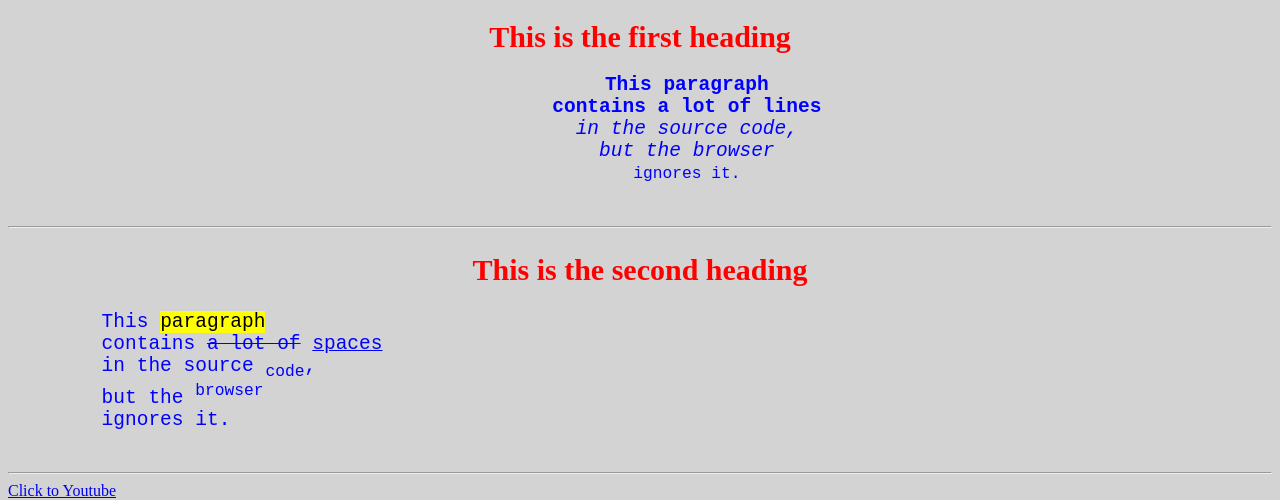
Repository: zRush1202/LoginPage-demo
Page: ex_html/index.html
The author's editor kept a copy of each file at every save. The page is drawn from the files as they stood at one save, then again after the next save.
The browser window is 1280 px wide. The pictures show the part of the page from y = 0 to 500 px (the page is 773 px tall).
Pictures or frames that could not be fetched are drawn as grey boxes.

Above is the page before, as saved 2023-09-06 17:20:50.

### ex_html/index.html
<!DOCTYPE html>
<html lang="en">
<head>
    <meta charset="UTF-8">
    <meta name="viewport" content="width=device-width, initial-scale=1.0">
    <title>Page Title!</title>
</head>
<body style="background-color: lightgray;">
    <h1 style="color: red; text-align: center; font-size: 30px; font-family:'Times New Roman', Times, serif;">This is the first heading</h1>
    <pre style="color: blue; text-align: center; font-size: 150%;"; title="I'm a tooltip">
        <b>This paragraph</b>
        <strong>contains a lot of lines</strong>
        <i>in the source code,</i>
        <em>but the browser</em>
        <small>ignores it.</small>
    </pre>
    <hr>
    <h2 style="color:red; text-align: center; font-size: 30px; font-family: 'Times New Roman', Times, serif;">This is the second heading</h2>
    <pre style="color: blue; font-size: 150%;">
        This <mark>paragraph</mark>
        contains <del>a lot of</del> <ins>spaces</ins>
        in the source <sub>code</sub>,
        but the <sup>browser</sup>
        ignores it.
    </pre>
    <!--
    <p>Here is the quote from youtube website:</p>
    <blockquote cite="https://www.youtube.com/">
        Lorem ipsum dolor sit amet consectetur adipisicing elit.
        Deleniti alias tempora labore laudantium veritatis enim beatae
        voluptatibus ipsum sit qui maiores dicta repudiandae libero eaque
        pariatur perspiciatis, distinctio cupiditate magni.
    </blockquote>
    <p>Youtube's goal is to: <q>Watch video!</q></p>
    <p>The <abbr title="World Health Organization">WHO</abbr> was founded in 1948.</p>
    <address>
        Written by John Doe.<br>
        Visit us at:<br>
        Example.com<br>
        Box 564, Disneyland<br>
        USA
    </address>
    <p><cite>The Scream</cite> by Edvard Munch. Painted in 1893.</p>
    <bdo dir="rtl">This text will be written from right to left</bdo>
    -->
    <hr>
    <a href="https://www.youtube.com/"> Click to Youtube</a>
    <br>
    <img src="https://inkythuatso.com/uploads/images/2021/10/youtube-logo-inkythuatso-01-27-14-06-56.jpg" alt="Yae Miko" width="450" height="250">
    <br>

</body>
</html>

<!-- <!DOCTYPE html>
<html>
    <head>
        <title>
            Page Title!
        </title>
    </head>
    <body>
        <h1>First heading</h1>
        <p>First paragraph</p>
    </body>
</html> -->

After the next save:
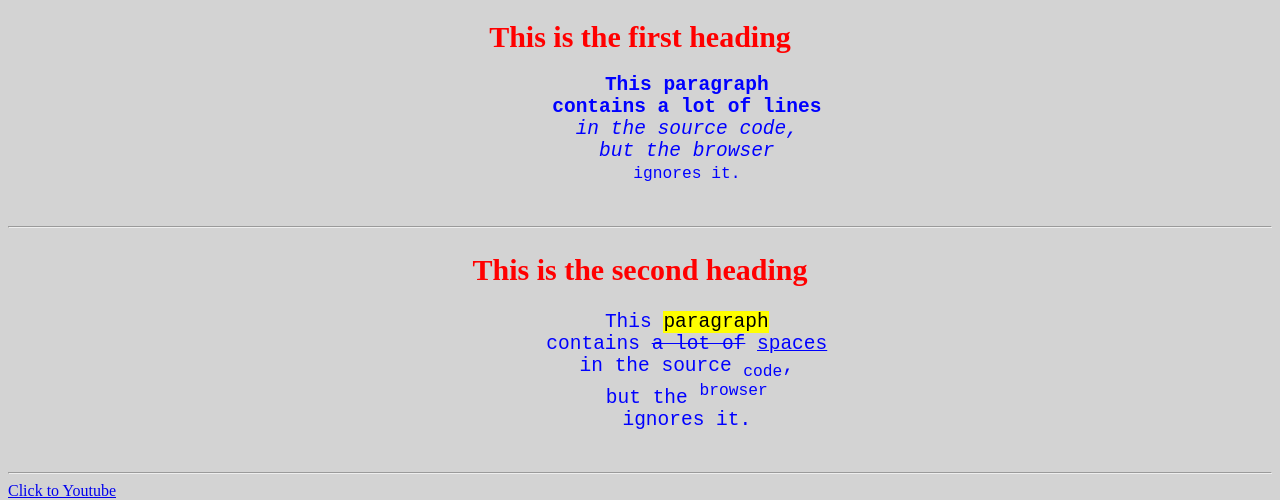
Saved 34 s later.
--- a/ex_html/index.html
+++ b/ex_html/index.html
@@ -16,7 +16,7 @@
     </pre>
     <hr>
     <h2 style="color:red; text-align: center; font-size: 30px; font-family: 'Times New Roman', Times, serif;">This is the second heading</h2>
-    <pre style="color: blue; font-size: 150%;">
+    <pre style="color: blue; text-align: center; font-size: 150%;">
         This <mark>paragraph</mark>
         contains <del>a lot of</del> <ins>spaces</ins>
         in the source <sub>code</sub>,
